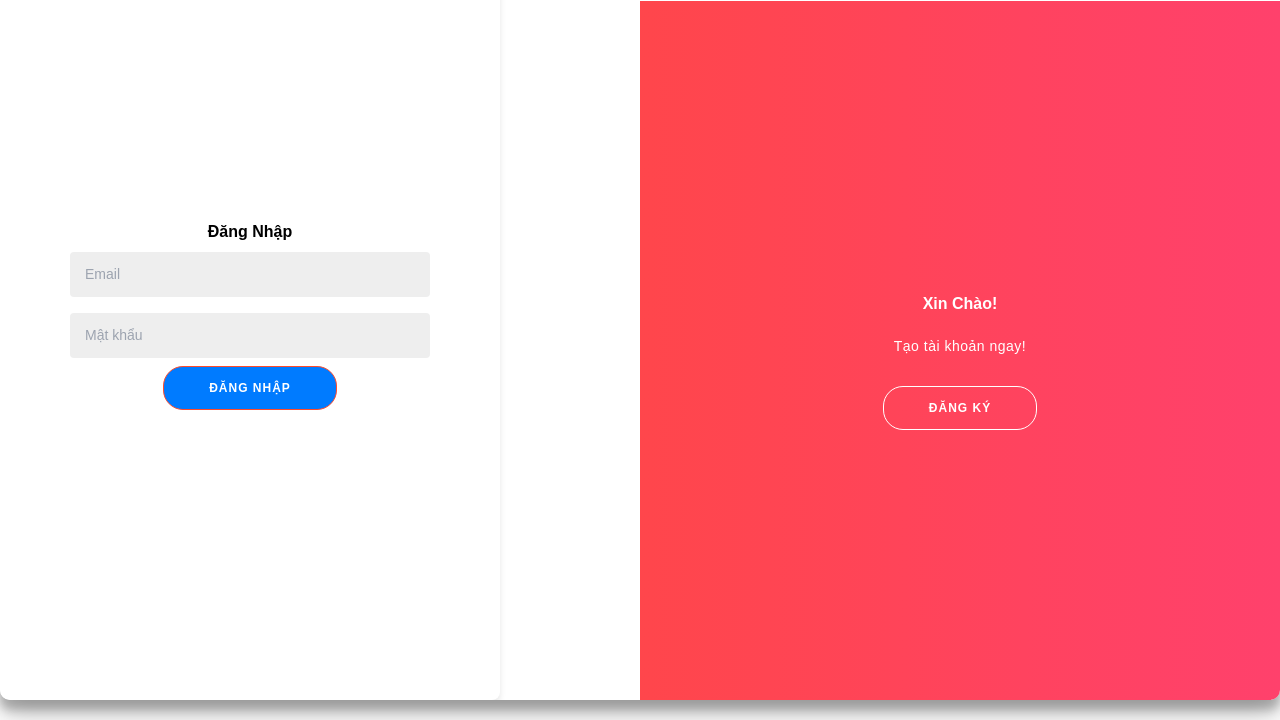
Repository: BlackWolf2002/project_airbn_react
Page: /login
An editor plug-in stored every save of this project. The page is shown before and after the next save, followed by the edit.
The browser window is 1280 px wide. The pictures show the whole page.
The project was rebuilt for these pictures with package versions that can differ from the ones it lists, and the page was loaded fresh each time. Also part of the build but not shown: vite.config.js, src/api/apiService.js, src/style/Home.css, src/components/Navbar.jsx, src/style/Footer.css, src/components/Footer.jsx, src/components/Home.jsx, src/style/Admin.css and 18 more.

Above is the page before, as saved 2025-02-16 17:41:00.

After the next save:
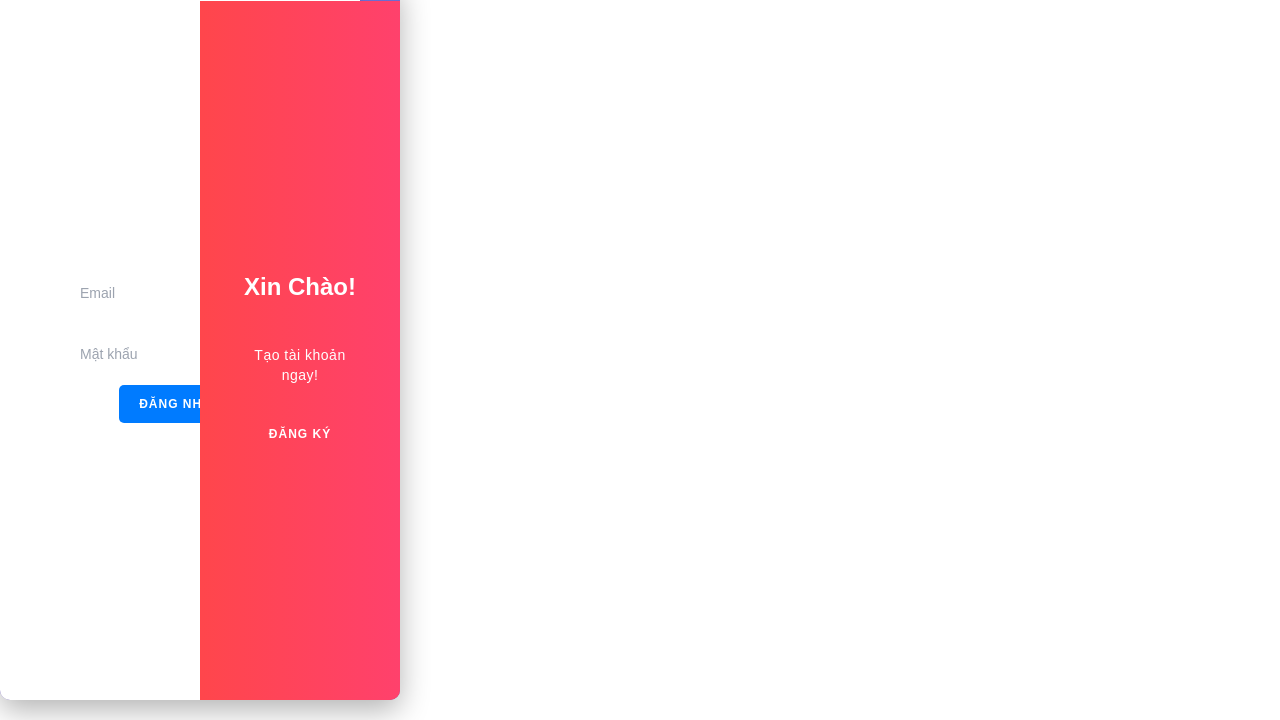
Saved 3 min 0 s later.
--- a/src/style/Login.css
+++ b/src/style/Login.css
@@ -194,3 +194,41 @@
 .container-login .social-container {
     margin: 20px 0;
 }
+.container-login {
+    background: linear-gradient(135deg, #667eea, #764ba2);
+    border-radius: 10px;
+    box-shadow: 0 10px 30px rgba(0, 0, 0, 0.3);
+    max-width: 400px;
+    padding: 40px;
+    color: white;
+    font-family: "Montserrat", sans-serif;
+}
+
+.container-login h1 {
+    font-size: 24px;
+    margin-bottom: 20px;
+}
+
+.container-login input {
+    width: 100%;
+    padding: 10px;
+    margin: 10px 0;
+    border: none;
+    border-radius: 5px;
+    background: rgba(255, 255, 255, 0.2);
+    color: white;
+}
+
+.container-login button {
+    background: #ff4b2b;
+    border: none;
+    padding: 10px 20px;
+    color: white;
+    border-radius: 5px;
+    cursor: pointer;
+    transition: 0.3s;
+}
+
+.container-login button:hover {
+    background: #ff416c;
+}

After the save that followed:
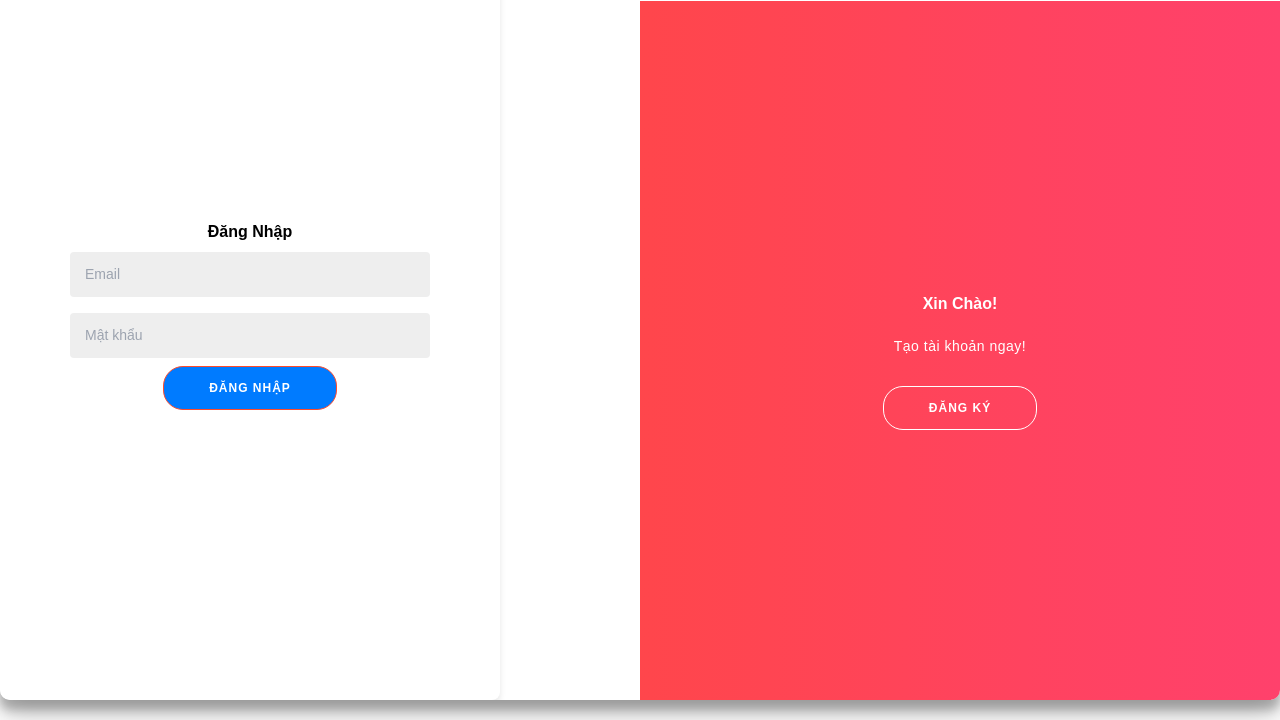
Saved 10 s later.
--- a/src/style/Login.css
+++ b/src/style/Login.css
@@ -194,41 +194,3 @@
 .container-login .social-container {
     margin: 20px 0;
 }
-.container-login {
-    background: linear-gradient(135deg, #667eea, #764ba2);
-    border-radius: 10px;
-    box-shadow: 0 10px 30px rgba(0, 0, 0, 0.3);
-    max-width: 400px;
-    padding: 40px;
-    color: white;
-    font-family: "Montserrat", sans-serif;
-}
-
-.container-login h1 {
-    font-size: 24px;
-    margin-bottom: 20px;
-}
-
-.container-login input {
-    width: 100%;
-    padding: 10px;
-    margin: 10px 0;
-    border: none;
-    border-radius: 5px;
-    background: rgba(255, 255, 255, 0.2);
-    color: white;
-}
-
-.container-login button {
-    background: #ff4b2b;
-    border: none;
-    padding: 10px 20px;
-    color: white;
-    border-radius: 5px;
-    cursor: pointer;
-    transition: 0.3s;
-}
-
-.container-login button:hover {
-    background: #ff416c;
-}
